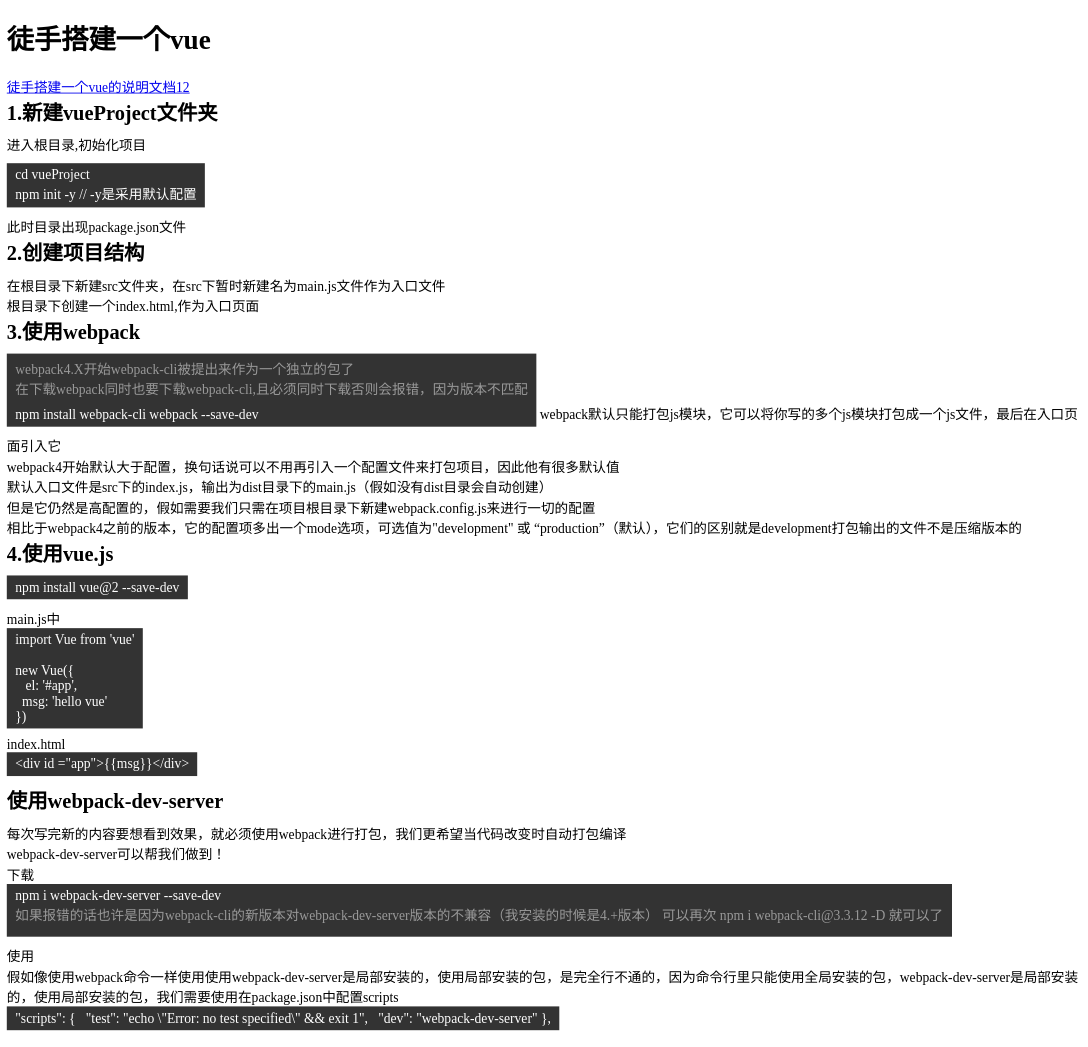
Repository: yuWhy/vue-build-cli
Page: /#/vueBuild
An editor plug-in stored every save of this project. The page is shown before and after the next save, followed by the edit.
The browser window is 1280 px wide. The pictures show the whole page, at 85% of full size.
The project was rebuilt for these pictures with package versions that can differ from the ones it lists, and the page was loaded fresh each time. Also part of the build but not shown: webpack.config.js, src/router/index.js.

Above is the page before, as saved 2021-02-19 16:26:47.

After the next save:
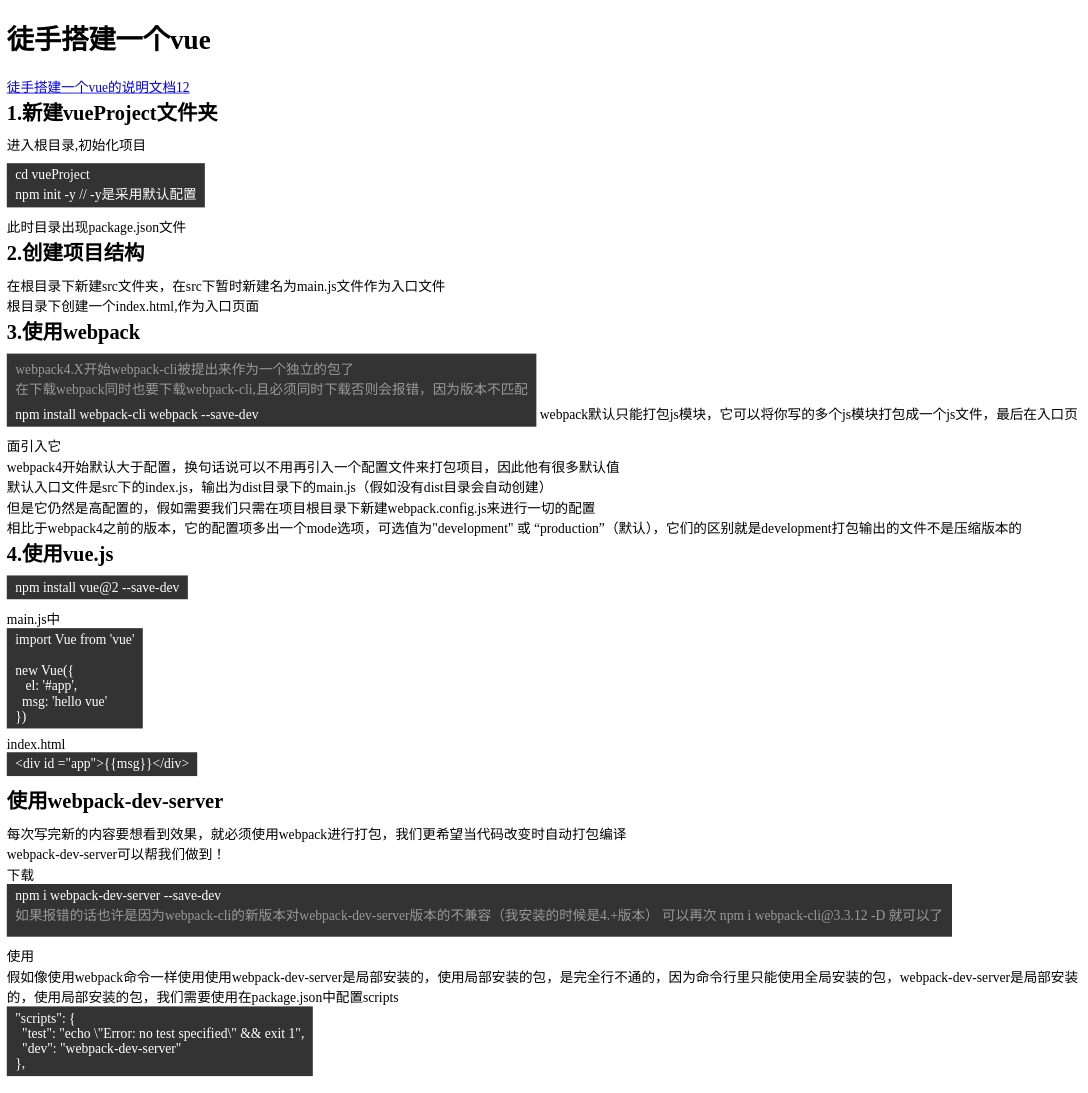
Saved 16 s later.
--- a/src/components/vue-build.vue
+++ b/src/components/vue-build.vue
@@ -45,9 +45,9 @@
     使用<br>
     假如像使用webpack命令一样使用使用webpack-dev-server是局部安装的，使用局部安装的包，是完全行不通的，因为命令行里只能使用全局安装的包，webpack-dev-server是局部安装的，使用局部安装的包，我们需要使用在package.json中配置scripts<br>
     <div class="dimk">
-      "scripts": {
-      &nbsp;&nbsp;"test": "echo \"Error: no test specified\" && exit 1",
-      &nbsp;&nbsp;"dev": "webpack-dev-server"
+      "scripts": {<br>
+      &nbsp;&nbsp;"test": "echo \"Error: no test specified\" && exit 1",<br>
+      &nbsp;&nbsp;"dev": "webpack-dev-server"<br>
       },
     </div><br>
 
